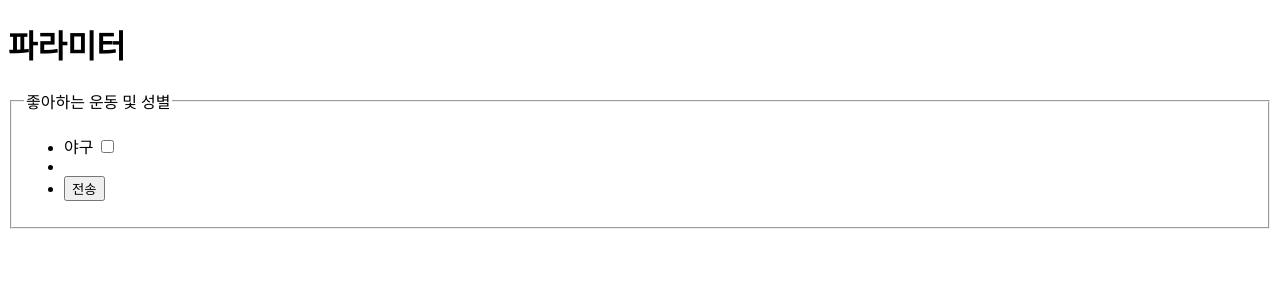
Repository: noopzzya/study_jsp_globalin
Page: ServletProject/src/main/webapp/Sport.html
These files come from the project's save history. The page is drawn as it stood at one moment and after the next save; the edit follows.
The browser window is 1280 px wide. The pictures show the whole page.

Above is the page before, as saved 2023-01-26 03:17:13.

### ServletProject/src/main/webapp/Sport.html
<!DOCTYPE html>
<html>
<head>
<meta charset="utf-8">
<title>getParameterValues</title>
</head>
<body>
<h1>파라미터</h1>
	<form action="Sport" method="post">
		<fieldset>
			<legend>좋아하는 운동 및 성별</legend>
			<ul>
				<li>
					<label for="baseball">야구</label>
					<input type="checkbox" name="sports" value="야구">
				</li>

				<li></li>
				<li><input type="submit" value="전송"></li>
			</ul>
		</fieldset>

	</form>
</body>
</html>

After the next save:
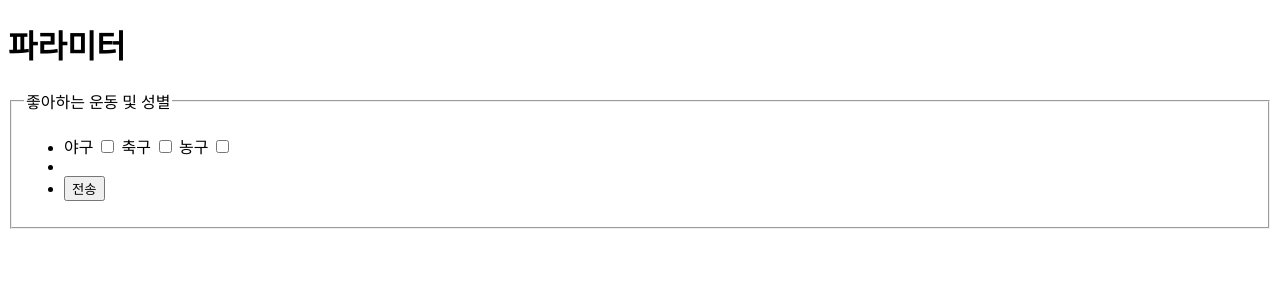
Saved 24 s later.
--- a/ServletProject/src/main/webapp/Sport.html
+++ b/ServletProject/src/main/webapp/Sport.html
@@ -13,6 +13,12 @@
 				<li>
 					<label for="baseball">야구</label>
 					<input type="checkbox" name="sports" value="야구">
+
+					<label for="baseball">축구</label>
+					<input type="checkbox" name="sports" value="축구">
+
+					<label for="baseball">농구</label>
+					<input type="checkbox" name="sports" value="농구">
 				</li>
 
 				<li></li>
